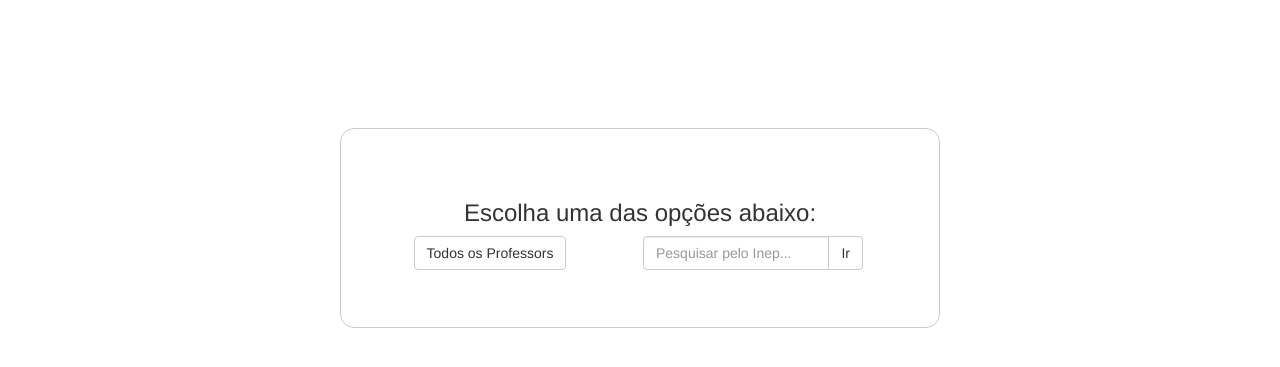
Repository: ipti/br.tag.webservice
Page: http://localhost/Restful-API-TAG/instructors.jsp
An editor plug-in stored every save of this project. The page is shown before and after the next save, followed by the edit.
The browser window is 1280 px wide. The pictures show the whole page.
The page is served by Tomcat 9.

Above is the page before, as saved 2016-04-27 14:13:35.

After the next save:
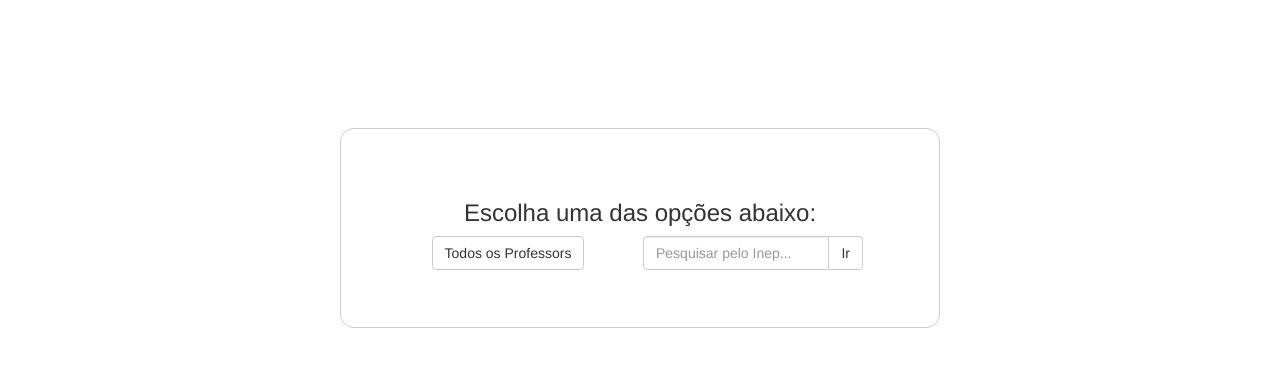
Saved 9 s later.
--- a/Restful-API-TAG/WebContent/instructors.jsp
+++ b/Restful-API-TAG/WebContent/instructors.jsp
@@ -14,7 +14,7 @@
 
 		<div class="btn-group-md text-center" role="group" aria-label="...">
 			<div class="row">
-				<div class="col-lg-6" style="margin-right: 3%">
+				<div class="col-lg-6" style="margin-left: 3%">
 					<a type="submit" class="btn btn-default" href="${pageContext.request.contextPath}/api/TagService/getInstructors">Todos os Professors</a>
 				</div>
 				<div class="col-lg-5"  style="margin-left: -5%;">
